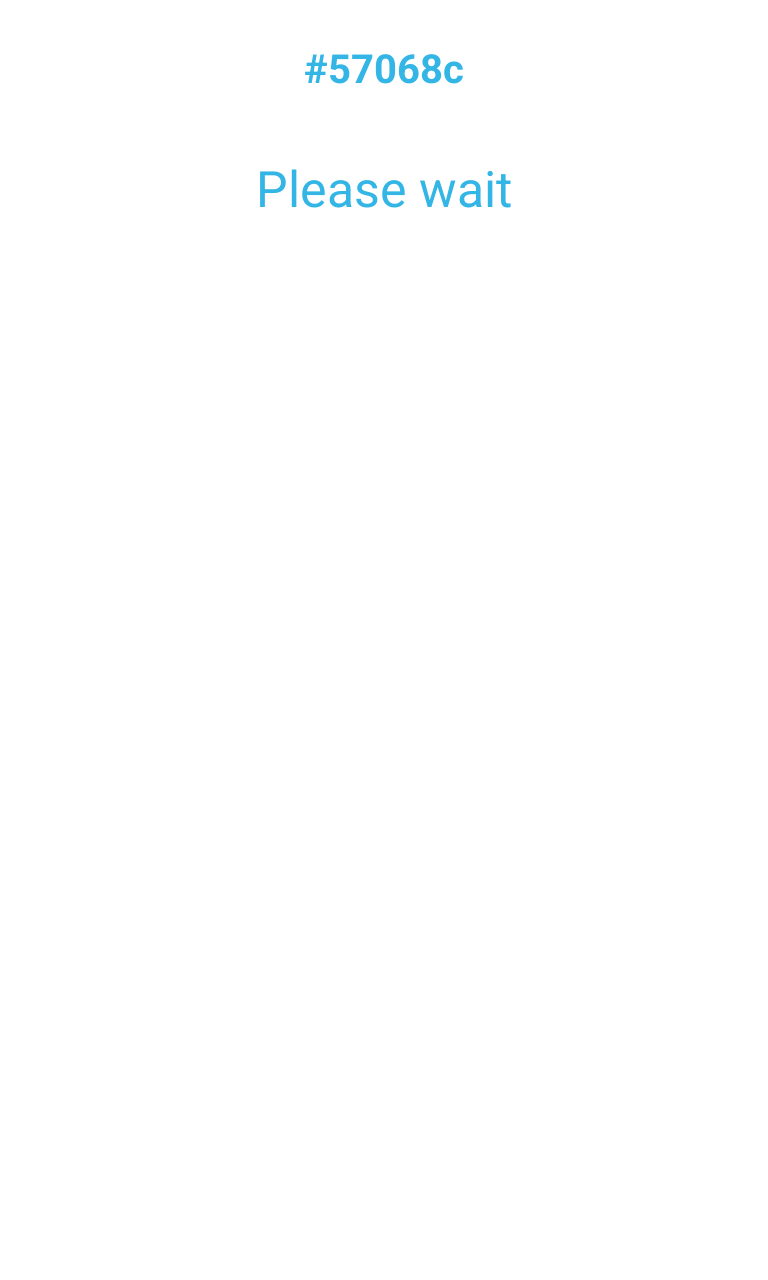
Repository: fareehaamjad/SMI-final
Layout: SecureMobileIdentity/res/layout/activity_main.xml
These files come from the project's save history. The layout is drawn as it stood at one moment and after the next save; the edit follows.
It is drawn on a 768 x 1280 px phone screen (xhdpi) without system bars, with theme AppTheme; the app's code is not run. Lists and similar views that code fills are empty.

Above is the layout before, as saved 2015-08-22 08:35:24.

After the next save:
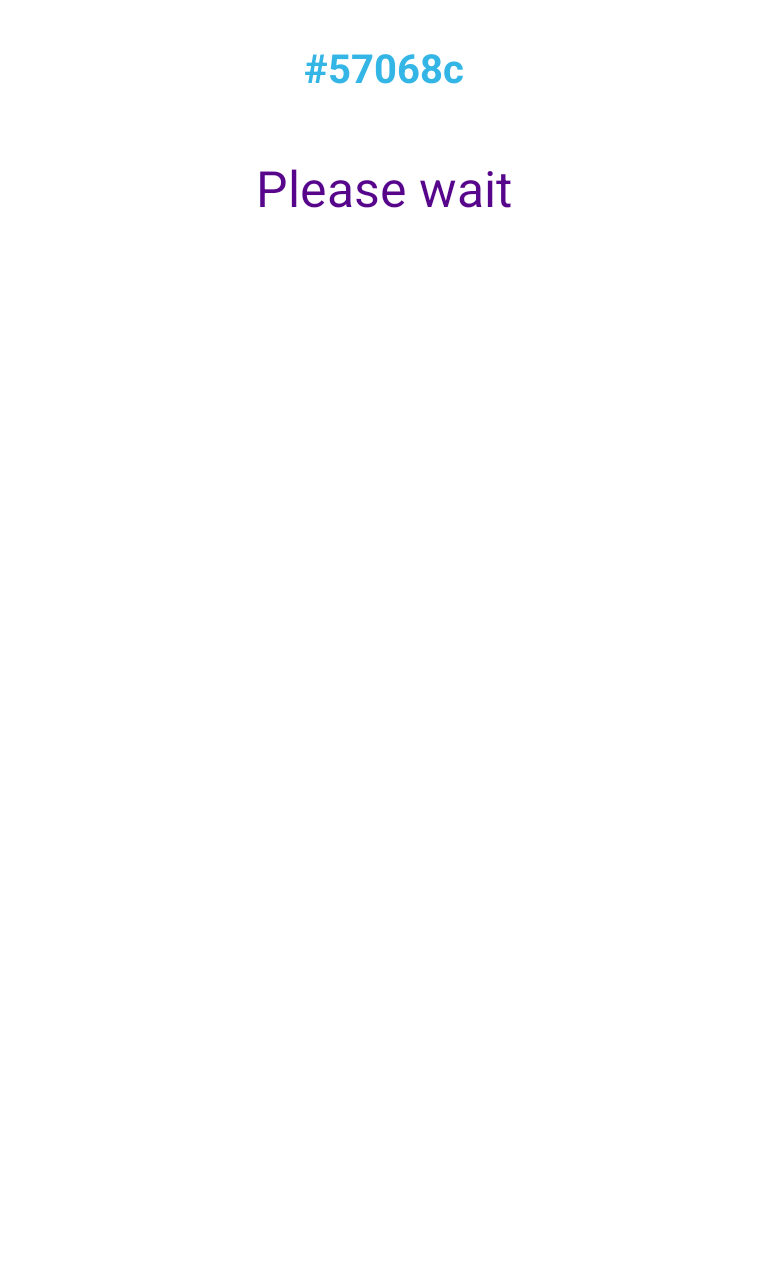
Saved 15 s later.
--- a/SecureMobileIdentity/res/layout/activity_main.xml
+++ b/SecureMobileIdentity/res/layout/activity_main.xml
@@ -91,7 +91,7 @@
             android:layout_marginTop="20dp"
             android:paddingTop="10dp"
             android:text="Please wait"
-            android:textColor="#33B5E5"
+            android:textColor="@color/purple"
             android:textSize="25sp" />
 
         <View
